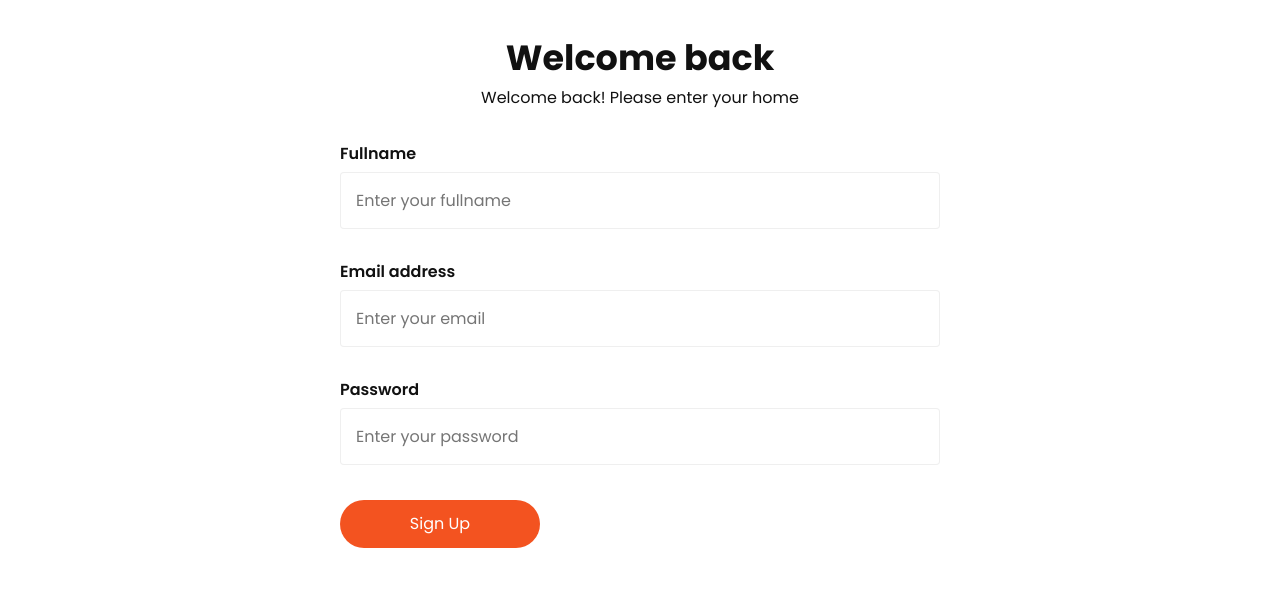
Repository: hoang0508/ReactJs-Fruits
Page: /sign-up
These files come from the project's save history. The page is drawn as it stood at one moment and after the next save; the edit follows.
The browser window is 1280 px wide. The pictures show the whole page.
The project was rebuilt for these pictures with package versions that can differ from the ones it lists, and the page was loaded fresh each time. Also part of the build but not shown: src/Pages/NotFoundPage.js, src/hooks/useHookAPI.js, src/hooks/useLocalStrorage.js, src/components/context/Auth-Context.js, src/components/Media/Social.scss, src/components/Media/Social.js, src/components/Footer/Footercoppy.js, src/components/Footer/Footer.js and 33 more.

Above is the page before, as saved 2022-05-12 10:22:19.

### src/components/Footer/Footer.scss
@import "../../index.scss";
.footer {
  background-color: $bg-footer;
  padding: 80px 0;
  &-list {
    display: grid;
    grid-template-columns: repeat(4, 1fr);
    grid-gap: 0 40px;
  }
  &-logo {
    span {
      color: $primary-color;
      font-size: 45px;
      font-weight: 700;
      display: inline-block;
      margin-bottom: 20px;
    }
    &--desc {
      line-height: 1.6;
      color: $text-color--tx;
      margin-bottom: 20px;
    }
  }
  &-title {
    margin-bottom: 25px;
    color: $text-color--tx;
    font-size: 20px;
  }
  &-item--instagram {
    display: grid;
    grid-template-columns: repeat(3, 1fr);
    grid-gap: 6px;
  }
  &-images--ig {
    height: 65px;
    position: relative;
    overflow: hidden;
    &:hover .footer-images--icon {
      opacity: 1;
      visibility: visible;
      overflow: hidden;
    }
    &:hover img {
      transform: scale(1.1);
    }
    img {
      width: 100%;
      height: 100%;
      object-fit: cover;
      border-radius: 5px;
      transition: all 0.25s linear;
    }
  }
  &-images--icon {
    width: 100%;
    height: 100%;
    background-color: rgba(243, 85, 32, 0.527);
    color: #fff;
    border-radius: 5px;
    display: flex;
    align-items: center;
    justify-content: center;
    font-size: 20px;
    position: absolute;
    top: 50%;
    left: 50%;
    transform: translate(-50%, -50%);
    cursor: pointer;
    opacity: 0;
    visibility: hidden;
    transition: all 0.2s ease;
  }
  &-link {
    display: inline-block;
    padding-bottom: 20px;
    color: $text-color--tx;
  }
  &-info {
    &--item {
      display: flex;
      align-items: center;
      gap: 0 20px;
      margin-bottom: 30px;
    }
    &--icon {
      color: $primary-color;
      font-size: 25px;
    }
    &--name {
      margin-bottom: 10px;
      color: $text-color--tx;
    }
  }
  &-coppy {
    padding: 30px 0;
    background-color: #021a32;
    color: #fff;
    .container {
      display: flex;
      align-items: center;
      justify-content: space-between;
    }
    &--license {
      font-size: 14px;
      span {
        color: $primary-color;
        font-size: 16px;
      }
    }
    &--help {
      display: flex;
      align-items: center;
      gap: 0 20px;
    }
  }
}

### src/components/Topdown/Topdown.scss
@import "../../index.scss";
.down {
  background-color: $text-color--tx;
  color: #fff;
  width: 50px;
  height: 50px;
  border-radius: 100rem;
  display: flex;
  align-items: center;
  justify-content: center;
  position: fixed;
  z-index: 10;
  bottom: -100px;
  right: 20px;
  transition: all 0.5s linear;
  &.active-down {
    opacity: 1;
    visibility: visible;
    bottom: 20px;
  }
}

### src/Pages/Cartpage/Cartpage.scss
@import "../../index.scss";
.cart {
  &-banner {
    min-height: 400px;
    position: relative;
    z-index: 0;
  }
  &-main {
    padding: 40px 0;
  }
  &-table {
    border-collapse: collapse;
    width: 100%;
  }
  &-table td,
  &-table th {
    padding-top: 10px;
    padding-bottom: 20px;
  }
  &-table th {
    padding: 15px;
    text-align: center;
    background-color: $primary-color;
    color: white;
  }
  &-images {
    width: 150px;
    height: 150px;
    img {
      width: 100%;
      height: 100%;
      object-fit: cover;
    }
  }
  &-item {
    margin-bottom: 10px;
    border-bottom: 1px solid $border-color;
    text-align: center;
  }
  &-total {
    max-width: 150px;
    width: 100%;
    padding: 10px 12px;
    margin-top: 20px;
    margin-left: auto;
    display: flex;
    /* justify-content: flex-end; */
    justify-content: center;
    gap: 0 10px;
    background-color: #f35320;
    color: #fff;
  }
  &-count {
    display: flex;
    align-items: center;
    justify-content: center;
  }
  &-remove {
    display: inline-flex;
    align-items: center;
    justify-content: center;
  }
}

### src/components/button/Button.js
import React from "react";
import styled from "styled-components";

const ButtonStyles = styled.button`
  width: 100%;
  max-width: ${(props) => props.maxWidth};
`;
const Button = ({ children, className = "", maxWidth = "" }) => {
  return (
    <ButtonStyles maxWidth={maxWidth} className={className}>
      {children}
    </ButtonStyles>
  );
};

export default Button;

### src/components/Header/Header.scss
@import "../../index.scss";
.header {
  &-contact {
    border-bottom: 1px solid #eee;
    .container {
      display: flex;
      justify-content: space-between;
      align-items: center;
      padding: 20px 0;
    }
  }
  &-info {
    display: flex;
    align-items: center;
    gap: 0 25px;
    &--add {
      display: flex;
      align-items: center;
      gap: 0 10px;
    }
    &--gmail {
      display: flex;
      align-items: center;
      gap: 0 10px;
    }
    &--icon {
      color: $primary-color;
    }
  }
  &-social {
    display: flex;
    align-items: center;
    gap: 0 15px;
    span {
      border: 1px solid #f3f3f3;
      width: 35px;
      height: 35px;
      border-radius: 100rem;
      display: flex;
      align-items: center;
      justify-content: center;
      transition: all 0.25s linear;
      &:hover {
        background-color: $primary-color;
        color: #fff;
        transform: translateY(-5px);
        cursor: pointer;
      }
    }
  }
  &-nav {
    padding: 20px 0;
    .container {
      display: flex;
      justify-content: space-between;
      align-items: center;
    }
  }
  &-menu {
    display: flex;
    align-items: center;
    gap: 0 30px;
    &--list {
      display: flex;
      align-items: center;
      gap: 0 30px;
    }
    &--link {
      color: $text-color--tx;
      font-weight: 500;
    }
  }
  &-cart {
    position: relative;
    &--icon {
      color: $text-color--tx;
      font-size: 28px;
    }
    &--number {
      position: absolute;
      top: -20%;
      right: -25%;
      background-color: $primary-color;
      color: #fff;
      width: 15px;
      height: 15px;
      border-radius: 100rem;
      font-size: 14px;
      display: flex;
      align-items: center;
      justify-content: center;
    }
  }
}

.is-fixed {
  position: fixed;
  top: 0;
  left: 0;
  width: 100%;
  z-index: 10;
  background-color: #fff;
  box-shadow: 0 2px 28px 0 rgba(0, 0, 0, 0.09);
  animation: fadeInDown 0.5s linear forwards;
}

@keyframes fadeInDown {
  0% {
    opacity: 0;
    transform: translateY(-20px);
  }
  100% {
    opacity: 1;
    transform: translateY(0);
  }
}

### src/components/Count/Count.scss
@import "../../index.scss";
.count {
  width: 180px;
  display: flex;
  align-items: center;
  justify-content: center;
  background-color: $bgr-color;
  border-radius: 5px;
  padding: 10px;
  cursor: pointer;
  &-value {
    width: 100px;
    text-align: center;
    background: inherit;
    font-size: 18px;
  }
}

### src/components/Product/Productdetails.scss
@import "../../index.scss";
.productD {
  &--list {
    display: flex;
    justify-content: space-between;
    gap: 0 50px;
  }
  &--left {
    width: 50%;
  }
  &--right {
    width: 60%;
  }
  &--thumb {
    margin-top: 20px;
    display: flex;
    align-items: center;
    gap: 0 10px;
  }
  &--imgThumb {
    height: 80px;
    border: 1px solid $border-color;
    border-radius: 5px;
    padding: 5px;
    cursor: pointer;
    img {
      width: 100%;
      height: 100%;
      object-fit: cover;
    }
  }
  &--title {
    font-size: 25px;
    font-weight: 700;
    color: $text-color--tx;
    margin-bottom: 15px;
  }
  &--price {
    display: flex;
    align-items: center;
    gap: 0 5px;
    margin-bottom: 10px;
  }
  &--priceNew {
    color: $text-color--tx;
  }
  &--priceOld {
    text-decoration: line-through;
  }
  &--vote {
    display: flex;
    align-items: center;
    gap: 0 10px;
    margin-bottom: 20px;
  }
  &--star {
    display: flex;
    align-items: center;
    gap: 0 2px;
    color: $primary-color;
  }
  &--desc {
    color: $text-color--tx;
    line-height: 1.5;
    margin-bottom: 15px;
  }
  &--cart {
    display: flex;
    align-items: center;
    gap: 0 40px;
    margin-bottom: 30px;
  }
  &-btn {
    padding: 15px;
    background-color: $bgr-color;
    margin-top: 20px;
    width: 100%;
    cursor: pointer;
    transition: all 0.25s linear;
    border-radius: 5px;
    &:hover {
      background-color: $primary-color;
      color: #fff;
    }
  }
  &-social {
    margin-top: 25px;
    display: flex;
    align-items: center;
    gap: 0 15px;
  }
}

.active-image {
  border-color: $primary-color;
  border-width: 2px;
}

### src/Pages/Detailpage/Info.scss
@import "../../index.scss";
.info {
  padding: 20px 0 40px;
  &-tab {
    display: flex;
    align-items: center;
    gap: 0 15px;
    margin-bottom: 10px;
    cursor: pointer;
    &--title {
      border: 1px solid $border-color;
      padding: 15px 30px;
    }
  }
  &-content {
    max-width: 800px;
    padding: 20px;
    border: 1px solid $border-color;
    &--desc {
      display: none;
    }
    &--review {
      display: none;
    }
  }
  &__heading {
    display: inline-block;
    padding-right: 20px;
    font-size: 23px;
    font-weight: 700;
    color: $text-color--tx;
    margin-bottom: 20px;
    position: relative;
    &::before {
      content: "";
      position: absolute;
      width: 50px;
      height: 3px;
      background-color: $primary-color;
      left: 100%;
      top: 50%;
    }
  }
  &-customer {
    &__item {
      margin-bottom: 25px;
    }
    &__people {
      display: flex;
      align-items: center;
      gap: 0 20px;
      margin-bottom: 15px;
    }
    &__image {
      width: 50px;
      height: 50px;
      img {
        width: 100%;
        height: 100%;
        object-fit: cover;
        border-radius: 100rem;
      }
    }
    &__name {
      color: $text-color--tx;
      font-size: 18px;
    }
    &__date {
      color: $secondary-color;
      margin-bottom: 10px;
    }
    &__desc {
      color: $text-color--tx;
      line-height: 1.5;
      margin-bottom: 15px;
    }
    &__star {
      color: $secondary-color;
      display: flex;
      align-items: center;
    }
  }
}

.active-tabs {
  background-color: $primary-color;
  color: #fff;
  transition: all 0.25s linear;
}

.active-content {
  display: block;
}

.write {
  &-form {
    &--group {
      display: flex;
      align-items: center;
      gap: 0 30px;
      margin-bottom: 20px;
    }
    &--input,
    &--textarea {
      border: 1px solid $border-color;
      padding: 12px;
      border-radius: 5px;
      width: 100%;
      transition: all 0.25s ease;
      &:focus {
        border-color: $primary-color;
      }
    }
  }
}

### src/components/Banner/Banner.scss
@import "../../index.scss";
.banner {
  min-height: 100vh;
  padding: 0 0 40px;
  padding: 150px;
  &-heading {
    color: $primary-color;
    margin-bottom: 20px;
    font-size: 20px;
  }
  &-title {
    max-width: 600px;
    width: 100%;
    color: #fff;
    font-weight: 700;
    font-size: 70px;
    line-height: 1.2;
    margin-bottom: 25px;
  }
  &-desc {
    max-width: 700px;
    width: 100%;
    color: #fff;
    line-height: 1.6;
    margin-bottom: 30px;
  }
  &-btn {
    display: flex;
    align-items: center;
    gap: 0 25px;
  }
  &-fruits {
    padding: 60px 0;
    margin-bottom: 100px;
    position: relative;
    &--images {
      img {
        height: 100%;
        object-fit: cover;
        margin: 0 auto;
        text-align: center;
      }
    }
    &--shape {
      .shape1 {
        position: absolute;
        top: 20px;
        left: 20px;
        height: 300px;
        animation: shapeTop 3s linear infinite;
        img {
          width: 100%;
          height: 100%;
          object-fit: cover;
        }
      }
      .shape3 {
        position: absolute;
        top: 20px;
        right: 20px;
        height: 150px;
        animation: shapeTop 3s linear infinite;
        img {
          width: 100%;
          height: 100%;
          object-fit: cover;
        }
      }
      .shape2 {
        position: absolute;
        bottom: 20px;
        left: 20px;
        height: 100px;
        animation: shapeBottom 3s linear infinite;

        img {
          width: 100%;
          height: 100%;
          object-fit: cover;
        }
      }
      .shape4 {
        position: absolute;
        bottom: 20px;
        right: 20px;
        height: 100px;
        animation: shapeZoom 3s linear infinite;

        img {
          width: 100%;
          height: 100%;
          object-fit: cover;
        }
      }
    }
  }
}

@keyframes shapeTop {
  50% {
    transform: translateY(20px);
  }
  100% {
    transform: translateY(0px);
  }
}

@keyframes shapeBottom {
  50% {
    transform: translateX(20px);
  }
  100% {
    transform: translateX(0px);
  }
}

@keyframes shapeZoom {
  20% {
    transform: scale(0.5);
  }
  50% {
    transform: scale(1.1);
  }
  100% {
    transform: scale(1);
  }
}

### src/components/Banner/BannerCrops.scss
@import "../../index.scss";
.banner-crops {
  min-height: 100vh;
  padding-top: 100px;
  &--content {
    max-width: 800px;
    background-color: #fff;
    padding: 50px;
    margin-left: auto;
  }
  &--txt {
    color: $primary-color;
    margin-bottom: 20px;
    font-size: 20px;
    display: inline-block;
  }
  &--heading .page-center {
    text-align: left;
    max-width: 700px;
    margin-bottom: 20px;
  }
  &--heading .page-desc {
    text-align: left;
  }
}

### src/components/layout/Feedback/Feedback.scss
@import "../../../index.scss";
.banner-feedback {
  min-height: 100vh;
  position: relative;
  z-index: 1;
  &--heading {
    padding: 40px 0;
    .page-heading {
      color: #fff;
      font-weight: 600;
    }
    .page-desc {
      color: #fff;
    }
  }
  &--list {
    max-width: 800px;
    width: 100%;
    padding: 20px 10px;
    margin: 0 auto;
    background-color: $secondary-color;
    border-radius: 20px;
  }
  &--item {
    display: flex;
    justify-content: center;
    align-items: center;
    flex-direction: column;
    background-color: $secondary-color;
  }
  &--images {
    width: 150px;
    height: 150px;
    img {
      width: 100%;
      height: 100%;
      object-fit: cover;
      border-radius: 100rem;
    }
  }
  &--content {
    color: #fff;
    margin-top: 30px;
    text-align: center;
  }
  &--name {
    margin-bottom: 15px;
    font-size: 22px;
  }
  &--job {
    margin-bottom: 15px;
    font-size: 14px;
  }
  &--desc {
    font-style: italic;
    line-height: 1.6;
    font-size: 14px;
  }
}

### src/components/layout/LastesBlog/LastestBlog.scss
@import "../../../index.scss";
.LastestBlog {
  padding: 100px 0;
  &-list {
    display: grid;
    grid-template-columns: repeat(3, 1fr);
    grid-gap: 0 40px;
  }
  &-item {
    background-color: #fff;
    border-radius: 10px;
    overflow: hidden;
    box-shadow: rgba(100, 100, 111, 0.2) 0px 7px 29px 0px;
    display: flex;
    flex-direction: column;
    cursor: pointer;
    &:hover .LastestBlog-content::before {
      height: 100%;
    }
    &:hover .LastestBlog-title {
      color: #fff;
    }
    &:hover .LastestBlog-more {
      color: #fff;
    }
    &:hover .LastestBlog-date {
      background-color: $primary-color;
      color: #fff;
    }
    &:hover .LastestBlog-images img {
      transform: scale(1.2);
    }
  }
  &-images {
    height: 270px;
    position: relative;
    img {
      width: 100%;
      height: 100%;
      object-fit: cover;
      transition: all 0.3s linear;
    }
  }
  &-date {
    position: absolute;
    bottom: 0;
    padding: 12px 25px;
    border-radius: 0 5px 0 0;
    background-color: #ffffff;
  }
  &-content {
    padding: 20px 10px;
    position: relative;
    isolation: isolate;
    overflow: hidden;
    margin-top: auto;
    &::before {
      content: "";
      position: absolute;
      top: 0;
      left: 0;
      background-color: $primary-color;
      width: 100%;
      height: 0;
      z-index: -1;
      transition: all 0.3s linear;
    }
  }
  &-title {
    margin-bottom: 15px;
    line-height: 1.5;
    font-size: 20px;
    font-weight: 700;
    color: #111111;
    transition: all 0.3s linear;
  }
  &-more {
    color: $primary-color;
    transition: all 0.3s linear;
  }
}

### src/components/layout/Subscribe/Subscribe.scss
@import "../../../index.scss";
.subscribe {
  margin-bottom: 100px;
  background-color: #fafafa;
  &-container {
    min-height: 250px;
    display: flex;
    align-items: center;
    gap: 0 100px;
  }
  &-content {
    width: 60%;
    .page-center {
      max-width: 700px;
      text-align: left;
    }
    .page-desc {
      text-align: left;
    }
  }
  &-input {
    background: none;
  }
  &-email {
    width: 60%;
    padding: 5px 10px;
    display: flex;
    justify-content: space-between;
    background-color: #f3f3f3;
    border: 1px solid #f3f3f3;
    border-radius: 5px;
  }
}

### src/components/Product/Product.scss
@import "../../index.scss";

.product {
  margin-top: 80px;
  padding-bottom: 100px;
  &-heading {
    margin-bottom: 50px;
  }
  &-list {
    display: grid;
    grid-template-columns: repeat(4, 1fr);
    grid-gap: 40px;
  }
  &-list--swiper {
    display: grid;
  }
  &-item {
    position: relative;
    overflow: hidden;
    cursor: pointer;
    &:hover .product-select .product-select--icon {
      opacity: 1;
      visibility: visible;
      transition: all 0.3 linear;
      transform: translate(0);
    }
    &:hover .product-images img {
      transform: scale(1.1);
    }
    &:hover .product-seo {
      background-color: $primary-color;
      color: #fff;
      cursor: pointer;
    }
  }
  &-images {
    height: 250px;
    position: relative;
    overflow: hidden;
    margin-bottom: 25px;
    img {
      width: 100%;
      height: 100%;
      object-fit: cover;
      overflow: hidden;
      border-radius: 5px;
      transition: all 0.25s linear;
    }
  }
  &-seo {
    position: absolute;
    top: 10px;
    left: 10px;
    background-color: #fff;
    color: $text-color--tx;
    padding: 8px 15px;
    border-radius: 6px;
    transition: all 0.25s linear;
  }
  &-select {
    position: absolute;
    left: 0;
    right: 0;
    bottom: 20px;
    display: flex;
    align-items: center;
    justify-content: center;
    gap: 0 10px;
    &--icon {
      color: $primary-color;
      background-color: #fff;
      width: 45px;
      height: 45px;
      border-radius: 100rem;
      display: flex;
      align-items: center;
      justify-content: center;
      font-size: 20px;
      opacity: 0;
      visibility: hidden;
      transition: all 0.3s linear;
      transform: translateY(30px);
    }
  }
  &-info {
    text-align: center;
  }
  &-name {
    font-size: 22px;
    font-weight: 600;
    color: $text-color--tx;
    margin-bottom: 15px;
    transition: all 0.2s ease;
    &:hover {
      color: $primary-color;
    }
  }
  &-price {
    display: flex;
    align-items: center;
    justify-content: center;
    gap: 0 10px;
    margin-bottom: 15px;
    &--new {
      color: $primary-color;
      font-weight: 500;
    }
    &--old {
      text-decoration: line-through;
    }
  }
  &-star {
    display: flex;
    align-items: center;
    justify-content: center;
    gap: 0 5px;
    color: $primary-color;
  }
}

### src/components/Box/Checkbox.scss
@import "../../index.scss";

.checkbox_input {
  display: none;
}

.checkbox_input:checked + .checkbox_label::after {
  opacity: 1;
  visibility: visible;
}

.checkbox_label {
  position: relative;
  padding-left: 50px;
  cursor: pointer;
}

.checkbox_label::before {
  content: "";
  position: absolute;
  width: 30px;
  height: 30px;
  background-color: $primary-color;
  left: 0;
  top: 50%;
  transform: translateY(-50%);
  display: flex;
  justify-content: center;
  align-items: center;
  border-radius: 3px;
}

.checkbox_label::after {
  content: "";
  position: absolute;
  top: 3px;
  left: 6px;
  width: 20px;
  height: 10px;
  transform: rotate(-45deg);
  border-left: 3px solid white;
  border-bottom: 3px solid white;
  opacity: 0;
  visibility: hidden;
  transition: all 0.25s linear;
}

### src/components/Accordion/Accordion.scss
@import "../../index.scss";
.accordion {
  max-width: 500px;
  margin-bottom: 20px;
  &-header {
    display: flex;
    justify-content: space-between;
    align-items: center;
    color: #292e49;
    font-weight: 600;
    border: 1px solid $primary-color;
    border-radius: 5px;
    padding: 10px;
    cursor: pointer;
  }
  &-content {
    height: 0;
    overflow: hidden;
    transition: all 0.2s ease;
    &--active {
      margin-top: 15px;
      padding: 5px 10px;
      line-height: 1.5;
      font-size: 14px;
      border: 1px solid $primary-color;
      height: auto;
    }
  }
}

### src/components/Modal/ModalPd.scss
@import "../../index.scss";
.modalP {
  position: fixed;
  inset: 0;
  background-color: rgba(0, 0, 0, 0.5);
  z-index: 20;
  &-content {
    position: absolute;
    top: 50%;
    left: 50%;
    transform: translate(-50%, -50%);
    max-width: 850px;
    width: 100%;
    padding: 15px 20px;
    background-color: #fff;
    border-radius: 5px;
    position: relative;
    &--close {
      position: absolute;
      top: 10px;
      right: 10px;
      background-color: $primary-color;
      color: #fff;
      width: 30px;
      height: 30px;
      display: flex;
      justify-content: center;
      align-items: center;
      border-radius: 5px;
      cursor: pointer;
    }
  }
}

Loaded but not shown: public/index.html (common file); src/reportWebVitals.js (common file); src/components/button/index.js (common file); src/components/Input/index.js (common file); src/components/label/index.js (common file); src/Pages/SignUpPage.js (67 lines, source omitted); src/config/RoutersConfig.js (46 lines, source omitted); src/index.js (24 lines, source omitted); src/components/Input/Input.js (33 lines, source omitted); src/components/Field/Field.js (18 lines, source omitted); src/components/label/Label.js (17 lines, source omitted); src/App.js (12 lines, source omitted); src/utils/contains.js (6 lines, source omitted); src/components/Field/index.js (3 lines, source omitted); src/index.scss (250 lines, source omitted)

After the next save:
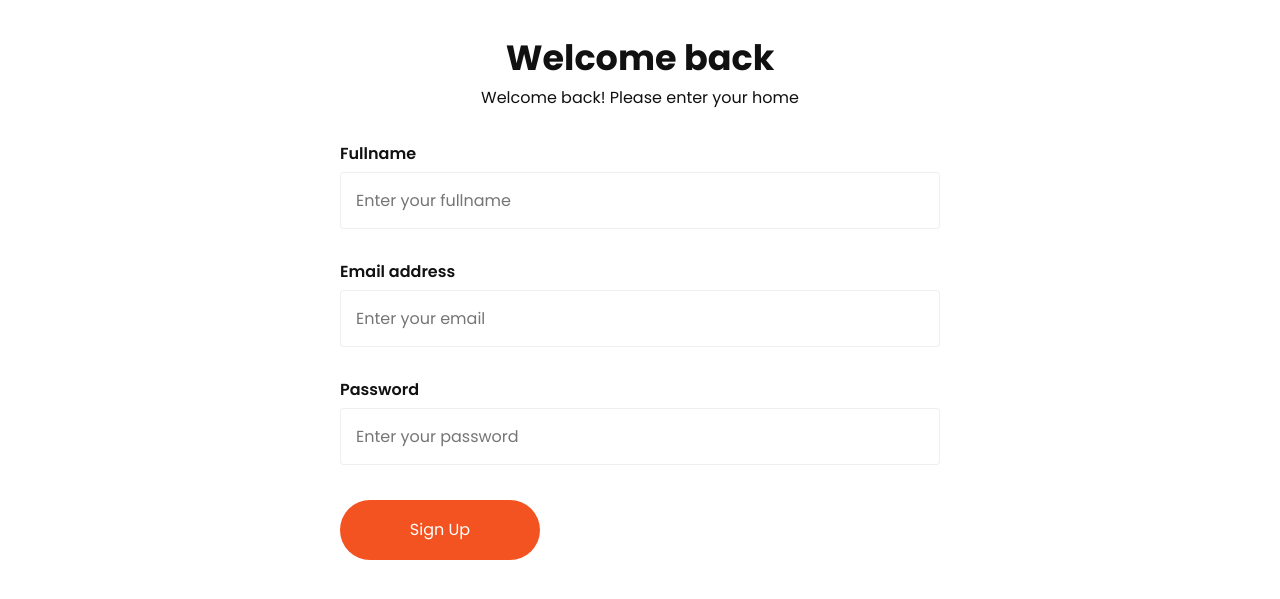
Saved 25 s later.
--- a/src/components/button/Button.js
+++ b/src/components/button/Button.js
@@ -4,10 +4,11 @@ import styled from "styled-components";
 const ButtonStyles = styled.button`
   width: 100%;
   max-width: ${(props) => props.maxWidth};
+  height: ${(props) => props.height}; ;
 `;
-const Button = ({ children, className = "", maxWidth = "" }) => {
+const Button = ({ children, className = "", maxWidth = "", height = "" }) => {
   return (
-    <ButtonStyles maxWidth={maxWidth} className={className}>
+    <ButtonStyles maxWidth={maxWidth} height={height} className={className}>
       {children}
     </ButtonStyles>
   );
